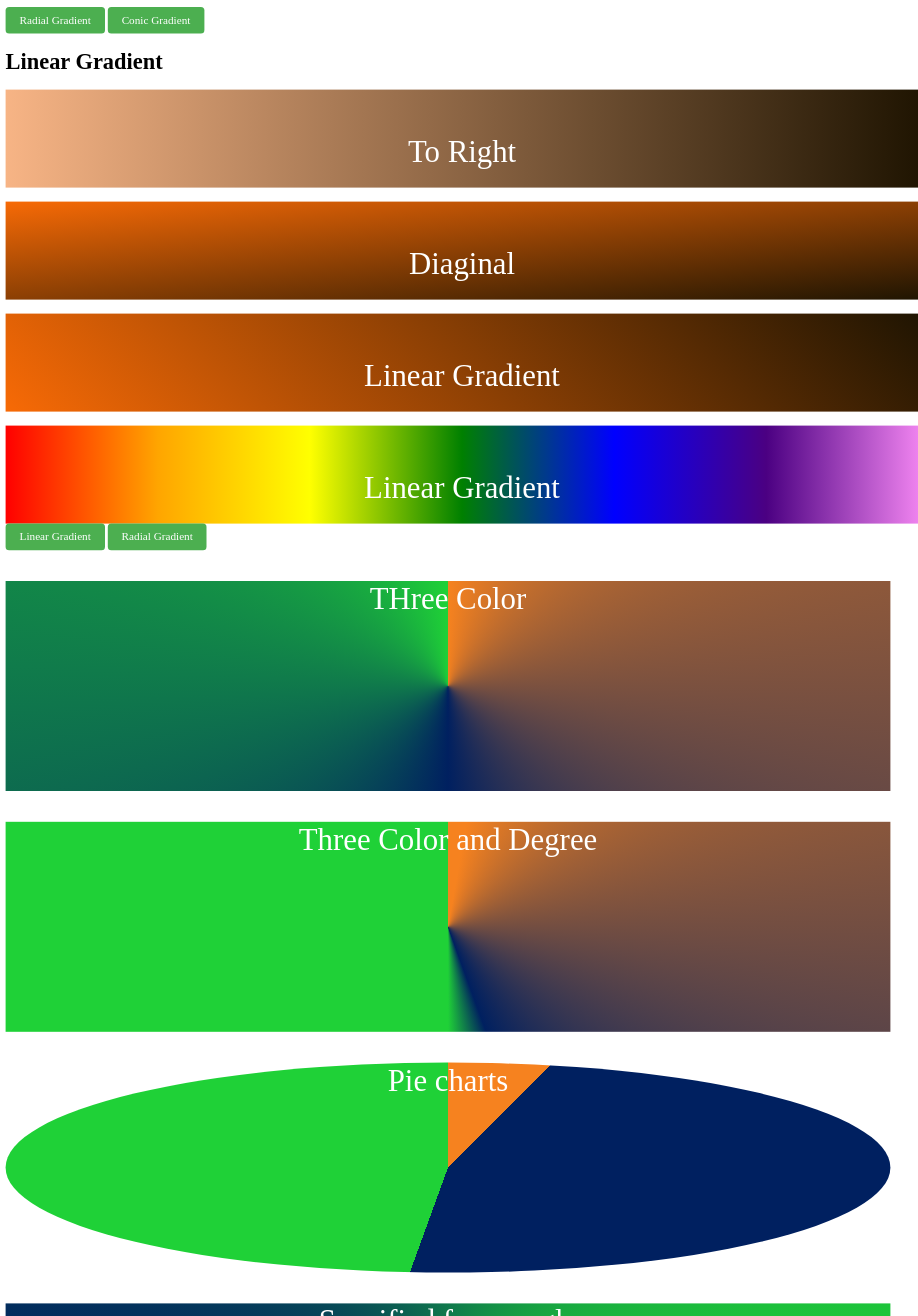
Repository: Pema-yangki/Css
Page: color.html
An editor plug-in stored every save of this project. The page is shown before and after the next save, followed by the edit.
The browser window is 1280 px wide. The page is 1312 px wide, so the pictures cover 1312 px, including what lies to the right of the window. The pictures show the part of the page from y = 4620 to 6500 px (the page is 7134 px tall), at 70% of full size.

Above is the page before, as saved 2024-03-27 10:39:47.

### color.html
<!DOCTYPE html>
<html lang="en">
<head>
    <meta charset="UTF-8">
    <meta name="viewport" content="width=device-width, initial-scale=1.0">
    <title>Document</title>
    <style>
        div{
    margin-top: 20px;
    color: white;
    text-align: center;
    font-size: 44px;
}

.linear {
    background-image: linear-gradient(to right, #f7b485, #201502);
    width: 100%;
    height: 100px;
    padding: 20px;
}
.linearleft{
    background-image: linear-gradient(to bottom right, #f76a06, #201502);
    width: 100%;
    height: 100px;
    padding: 20px;
}
.angles {
    background-image: linear-gradient(45deg, #f76a06, #201502);
    width: 100%;
    height: 100px;
    padding: 20px;
}
.multi {
    background-image: linear-gradient(to right, red, orange, yellow, green, blue, indigo, violet);
    width: 100%;
    height: 100px;
    padding: 20px;
}
.styled-link {
    display: inline-block;
    padding: 10px 20px;
    background-color: #4CAF50;
    color: white;
    text-decoration: none;
    border-radius: 5px;
    transition: background-color 0.3s ease;
}

/* Hover effect */
.styled-link:hover {
    background-color: #45a049;
}

/* .linear{
    background-image: linear-gradient(to right, #ff7e5f, #feb47b);

    /* Set some additional styles for demonstration */
    /* width: 100%;
    height: 200px;
    border-radius: 10px;
    padding: 20px;
    color: white;
    text-align: center;
    font-size: 24px;
    font-family: Arial, sans-serif;
} */

.evenlyspaced {
    background-image:radial-gradient(#f6821f,#002060,#1fd137);
    height: 600px;
}
.differentlyspaced {
    background-image: radial-gradient(#f6821f
5%,#002060 15%,#1fd137 60%);
height: 600px;

}

.normal{
    background-image:
radial-gradient(at 60%
55%,#f6821f,#002060,#1fd137);
height: 600px;
}
.closest{
    background-image:
radial-gradient(closest-side at 60%
55%,#f6821f,#002060,#1fd137);
height: 600px;
}

.farther {
    background-image:
radial-gradient(farthest-side at 60%
55%,#f6821f,#002060,#1fd137);
height: 600px;
}
.closestcorner{
    background-image:
radial-gradient(closest-corner at 60%
55%,#f6821f,#002060,#1fd137);
height: 600px;
}

.Farthercorner{
    background-image:
radial-gradient(farthest-corner at 60%
55%,#f6821f,#002060,#1fd137);
height: 600px;
}

.threecolors{
    background-image:conic-gradient(#f6821f,#002060,#1fd137);
    height: 300px;}

.threecolorswithdegree{
    background-image: conic-gradient(#f6821f
10deg,#002060 160deg,#1fd137 180deg);
height: 300px;}

.piechart{
    background-image: conic-gradient(#f6821f
0deg,#f6821f 45deg,#002060 45deg,#002060
200deg,#1fd137 200deg);
border-radius: 50%;
height: 300px;
}

.withangle{
    background-image: conic-gradient(from 90deg,
#f6821f ,#002060,#1fd137);
height: 300px;
}

.center{
    background-image: conic-gradient(at 20% 25%,
#f6821f ,#002060,#1fd137);
height: 300px;
}
    </style>
</head>
<body>
    <a href="index.html" class="styled-link">Linear Gradient</a>
    <a href="conic.html" class="styled-link">Conic Gradient</a>
    <h1>Radial Gradient</h1>
    <div class="evenlyspaced">
        <p>Evenly spaced</p>
    </div>
    <div class="differentlyspaced">
        <p>Differently spaced</p>
    </div>
    <div class="normal">
        <p>normal-side</p>
    </div>
     <div class="closest">
        <p>Closest-side</p>
    </div>
    <div class="farther">
        <p>farther-side</p>
    </div>

    <div class="closestcorner">
        <p>close corner</p>
    </div>
    <div class="Farthercorner">
        <p>far corner</p>
    </div> <br>
    <a href="radianr.html" class="styled-link">Radial Gradient</a>
    <a href="conic.html" class="styled-link">Conic Gradient</a>
    <h1>Linear Gradient</h1>
    <div class="linear">
        <p>To Right</p>
    </div>
    <div class="linearleft">
        <p>Diaginal</p>
    </div>
     <div class="angles">
        <p>Linear Gradient</p>
    </div>
    <div class="multi">
        <p>Linear Gradient</p>
    </div>

    <a href="index.html" class="styled-link">Linear Gradient</a>
    <a href="radianr.html" class="styled-link">Radial Gradient</a>
    <div class="threecolors">
        <p>THree Color</p>
    </div>
    <div class="threecolorswithdegree">
        <p>Three Color and Degree</p>
    </div>
    <div class="piechart">
        <p>Pie charts</p>
    </div>
    <div class="withangle">
        <p>Specified from angle</p>
    </div>
    <div class="center">
        <p>Specified from center</p>
    </div>

</body>
</html>

After the next save:
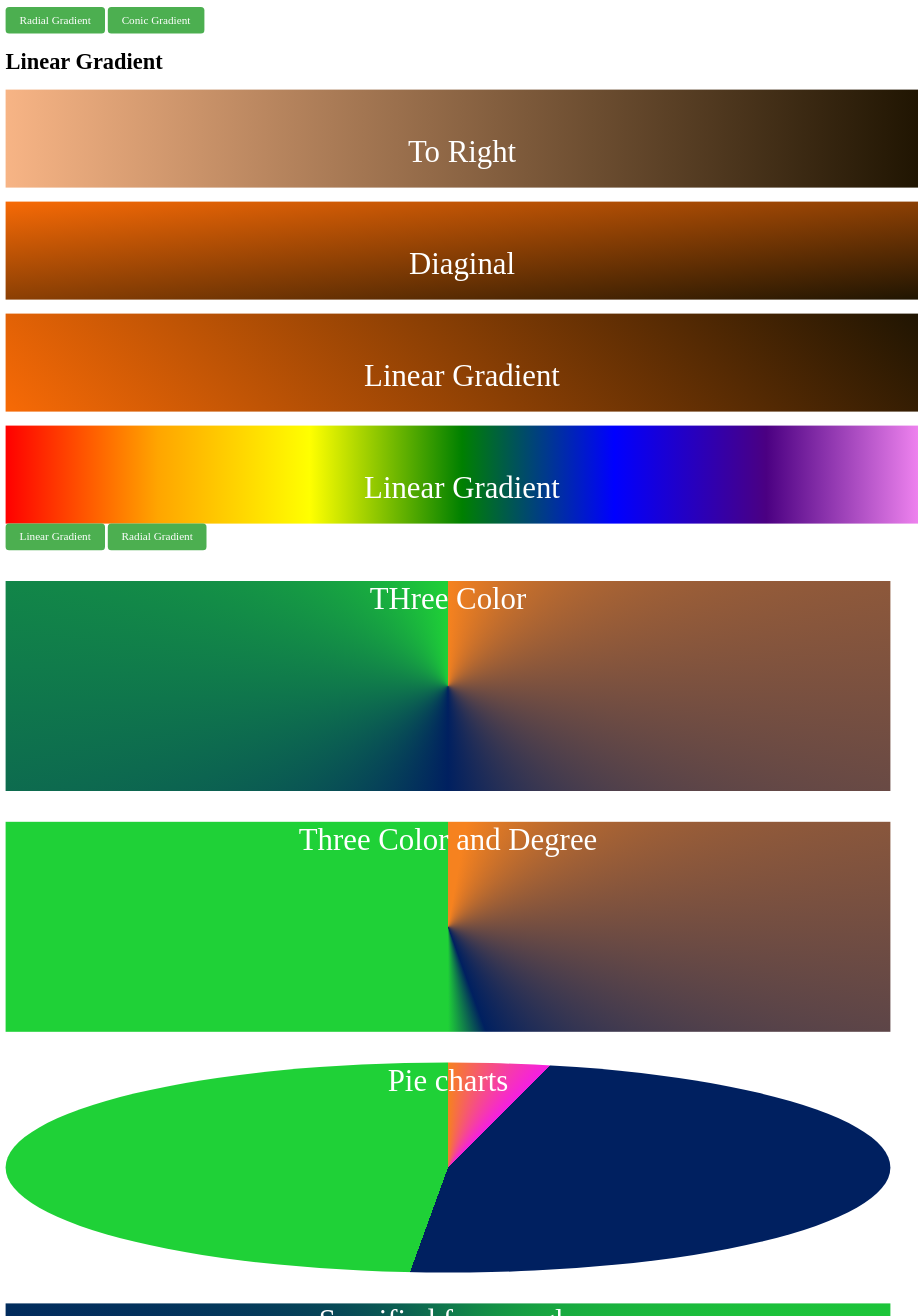
Saved 3 min 22 s later.
--- a/color.html
+++ b/color.html
@@ -120,7 +120,7 @@ height: 300px;}
 
 .piechart{
     background-image: conic-gradient(#f6821f
-0deg,#f6821f 45deg,#002060 45deg,#002060
+0deg,#f61fe1 45deg,#002060 45deg,#002060
 200deg,#1fd137 200deg);
 border-radius: 50%;
 height: 300px;
